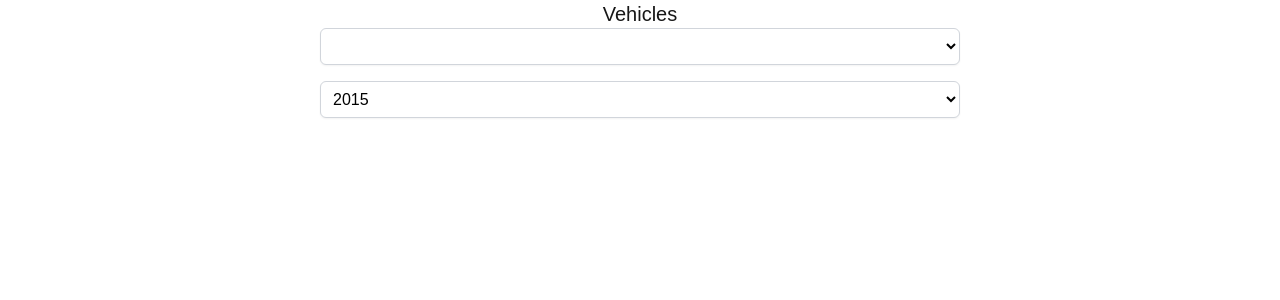
Repository: purpleFade/car-dealer-app
Page: /
The author's editor kept a copy of each file at every save. The page is drawn from the files as they stood at one save, then again after the next save.
The browser window is 1280 px wide. The pictures show the whole page.
The page's requests for data from a server got no answer. The project was rebuilt for these pictures with package versions that can differ from the ones it lists, and the page was loaded fresh each time. The framework's server and built-in components were replaced by stand-ins that run in the browser. No one was signed in, and anything a server would have sent is missing. Also part of the build but not shown: next.config.ts.

Above is the page before, as saved 2024-12-21 10:45:32.

### src/app/page.tsx
'use client';

import { Vehicle } from '@/types/vehicle';
import { useEffect, useState } from 'react';

const years = Array.from({ length: 2024 - 2015 + 1 }, (_, i) => 2015 + i);

const fetchVehicles = async (): Promise<Vehicle[]> => {
  const response = await fetch(
    'https://vpic.nhtsa.dot.gov/api/vehicles/GetMakesForVehicleType/car?format=json',
  );
  const data = await response.json();

  return data.Results;
};

export default function Home() {
  const [vehicles, setVehicles] = useState<Vehicle[]>([]);

  useEffect(() => {
    fetchVehicles().then((vehicles) => setVehicles(vehicles));
  });

  return (
    <div className='flex flex-col items-center justify-center'>
      <h1 className='text-xl'>Vehicles</h1>
      <select className="block text-black w-1/2 p-2 mb-4 bg-white border border-gray-300 rounded-md shadow-sm focus:outline-none focus:ring focus:ring-purple-500 focus:border-purple-500">
        {vehicles.map((vehicle) => (
          <option key={vehicle.MakeId} value={vehicle.MakeId} className="text-purple-800">
            {vehicle.MakeName}
          </option>
        ))}
      </select>

      <select className="block text-black w-1/2 p-2 mb-4 bg-white border border-gray-300 rounded-md shadow-sm focus:outline-none focus:ring focus:ring-purple-500 focus:border-purple-500">
        {years.map((year) => (
          <option key={year} value={year} className="text-purple-800">
            {year}
          </option>
        ))}
      </select>
    </div>
  );
}

Loaded but not shown: src/app/layout.tsx (common file); src/app/globals.css (common file); tailwind.config.ts (common file)

After the next save:
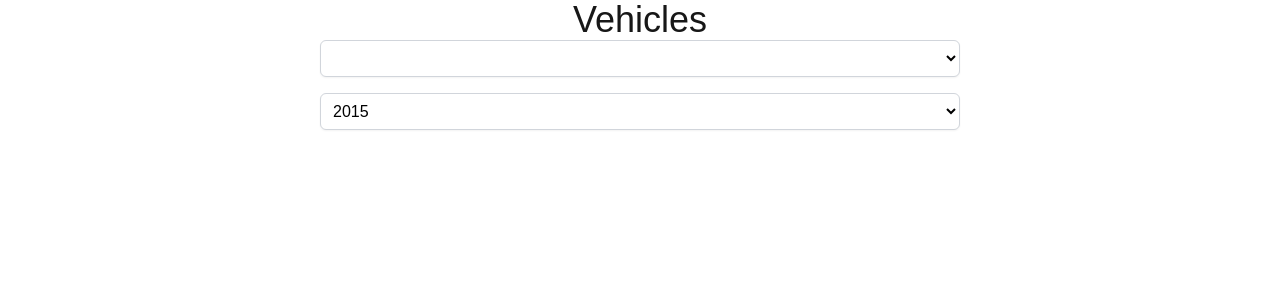
Saved 4 s later.
--- a/src/app/page.tsx
+++ b/src/app/page.tsx
@@ -23,7 +23,7 @@ export default function Home() {
 
   return (
     <div className='flex flex-col items-center justify-center'>
-      <h1 className='text-xl'>Vehicles</h1>
+      <h1 className='text-4xl'>Vehicles</h1>
       <select className="block text-black w-1/2 p-2 mb-4 bg-white border border-gray-300 rounded-md shadow-sm focus:outline-none focus:ring focus:ring-purple-500 focus:border-purple-500">
         {vehicles.map((vehicle) => (
           <option key={vehicle.MakeId} value={vehicle.MakeId} className="text-purple-800">
